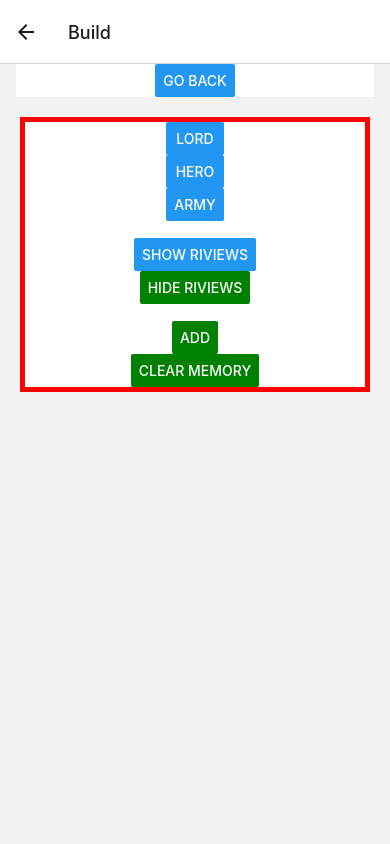
Repository: LingyuLiu11/mobile_app
Screen: /Build, after clicking the first element matching `div.r-paddingBottom-97e31f > button`
The author's editor kept a copy of each file at every save. The screen is drawn from the files as they stood at one save, then again after the next save.
The app was drawn by React Native's web renderer in a window 390 px wide. The project was rebuilt for these pictures with package versions that can differ from the ones it lists, and the page was loaded fresh each time. Also part of the build but not shown: components/Reviews.js.

Above is the screen before, as saved 2021-10-25 02:03:55.

### App.js
import * as React from 'react';
import { Image, TextInput, FlatList, StyleSheet, View, Button, Text, Animated } from 'react-native';
import { NavigationContainer } from '@react-navigation/native';

import { createStackNavigator } from '@react-navigation/stack';
import Reviews from './components/Reviews'
import AsyncStorage from '@react-native-async-storage/async-storage';
import Builds from './components/Builds'

const Separator = () => (
  <View style={styles.separator} />
);



function Main({ navigation }) {


  return (


    <div>
      <View style={styles.container}>
        <Text>Main screen</Text>
        <Separator />
        <Button
          margintop = '10'
          title="Go to Profile"
          onPress={() => navigation.navigate('Profile')}
        />
        <Separator />

      </View>
      <View style = {styles.container}>
        <Button
          margintop = '10'
          title="Go to About"
          onPress={() => navigation.navigate('About')}
        />
        <Separator />
      </View>
      <View style = {styles.container}>
        <Button
          margintop = '10'
          title="Go to Reviews"
          onPress={() => navigation.navigate('Review')}
        />
      </View>
       <Separator />

       <View style = {styles.container}>
        <Button
          margintop = '10'
          title="Make my build"
          onPress={() => navigation.navigate('Build')}
        />
      </View>
       <Separator />

    </div>
  );
}

function Profile({ navigation }) {

  const [text, setText] = React.useState("Your name");
  return (
    <div>
      <View style={{ flex: 1, justifyContent: 'center', alignItems: 'center' }}>
        <Text>Profile screen</Text>
        <Separator />
        <Button title="Go back" onPress={() => navigation.goBack()} />
      </View>


      <View style={{ flex: 1, justifyContent: 'center', alignItems: 'center' }}>
        <TextInput
          style={styles.input}
          placeholder="Your name"
          value={text}
          onChangeText={text => setText(text)}
        />
        <Text style={{padding: 10, fontSize: 42}}>
        Hello {text.split(' ').map((word) => word ).join(' ')}
        </Text>
      </View>

      <View style={{ flex: 1, justifyContent: 'center', alignItems: 'center', flexDirection: "row" }}>
        <View style={{ flex: 1, justifyContent: 'center', alignItems: 'center' }}>
          <Image
            style={{
              resizeMode: "cover",
              height: 100,
              width: 200
            }}
            source={"https://upload.wikimedia.org/wikipedia/en/2/27/Total_War_Warhammer_3_cover_art.jpg"}
          />
          <Text>Totalwar Warhammer 3!</Text>
          </View>
        <Separator />
        <View style={{ flex: 1, justifyContent: 'center', alignItems: 'center' }}>
          <Image
            style={{
              resizeMode: "cover",
              height: 100,
              width: 200
            }}
            source={"https://www.nme.com/wp-content/uploads/2021/09/Total-Warhammer-3-Grand-Cathay-Dragon.jpg"}
          />
        <Text>Grand Cathay</Text>
        </View>
        <View style={{ flex: 1, justifyContent: 'center', alignItems: 'center' }}>

        <Image
          style={{
            resizeMode: "cover",
            height: 100,
            width: 200
          }}
          source={"https://encrypted-tbn0.gstatic.com/images?q=tbn:ANd9GcSM9n6tQzcRE8CXMXP5GXIIgYIF3wXVMZy4JA&usqp=CAU"}
        />
        <Text>Kislev</Text>
        </View>

      </View>


    </div>
  );
}

function About({ navigation }) {
  return (
    <div>
      <View style={{ flex: 1, justifyContent: 'center', alignItems: 'center' }}>
        <Text>About screen</Text>
        <Separator />
        <FlatList
          data={[
            {key: 'Lingyu Liu'},
            {key: 'CS 153A'},
            {key: 'Assignment2'},

          ]}
          renderItem={({item}) => <Text style={styles.item}>{item.key}</Text>}
        />

      </View>

      <View style = {styles.container}>
          <Button title="Go back" onPress={() => navigation.goBack()} />
      </View>
    </div>
  );
}

function Review({ navigation }) {
  return (
    <div>
      <View style = {styles.container}>
          <Button title="Go back" onPress={() => navigation.goBack()} />
      </View>
      <Reviews />
    </div>

  );
}

function Build({ navigation }) {
  return (
    <div>
      <View style = {styles.container}>
          <Button title="Go back" onPress={() => navigation.goBack()} />
      </View>
      <Builds />
    </div>

  );
}



const forFade = ({ current, next }) => {
  const opacity = Animated.add(
    current.progress,
    next ? next.progress : 0
  ).interpolate({
    inputRange: [0, 1, 2],
    outputRange: [0, 1, 0],
  });

  return {
    leftButtonStyle: { opacity },
    rightButtonStyle: { opacity },
    titleStyle: { opacity },
    backgroundStyle: { opacity },
  };
};

const Stack = createStackNavigator();

function MyStack() {
  return (
    <Stack.Navigator>
      <Stack.Screen
        name="Main"
        component={Main}
        options={{
          headerTintColor: 'white',
          headerStyle: { backgroundColor: 'tomato' },
        }}
      />
      <Stack.Screen
        name="Profile"
        component={Profile}
        options={{ headerStyleInterpolator: forFade }}
      />
      <Stack.Screen
        name="About"
        component={About}
        options={{ headerStyleInterpolator: forFade }}
      />
      <Stack.Screen
        name="Review"
        component={Review}
        options={{ headerStyleInterpolator: forFade }}
      />
      <Stack.Screen
        name="Build"
        component={Build}
        options={{ headerStyleInterpolator: forFade }}
      />


    </Stack.Navigator>
  );
}



export default function App() {
  return (
    <NavigationContainer>
      <MyStack />
    </NavigationContainer>
  );
}

const styles = StyleSheet.create({
  container: {
    flex: 1,
    justifyContent: 'center',
    alignItems: 'center',
    backgroundColor: '#fff',
    alignItems: 'center',
    justifyContent: 'center',
    marginHorizontal: 16,
  },
  separator: {
    marginVertical: 8,
    borderBottomColor: '#737373',
    borderBottomWidth: StyleSheet.hairlineWidth,
  },
  item: {
    padding: 10,
    fontSize: 18,
    height: 44,
  },
  input: {
    height: 40,
    margin: 12,
    borderWidth: 1,
    padding: 10,
  },
});

### components/Builds.js
import React, { useState, useEffect } from "react";
import { Image, TextInput, FlatList, StyleSheet, View, Button, Text, Animated, SafeAreaView, StatusBar } from 'react-native';
import AsyncStorage from '@react-native-async-storage/async-storage';

const Separator = () => (
    <View style={styles.separator} />
  );

const Builds = () => {
    const [builds, setBuilds] = useState([]);
    const [debugging,setDebugging] = useState(false)
    const [curr,setCurr] = useState('')
    const [currlooking,setCurrlooking] = useState(false)

    useEffect(() => {getData()}, []);

    let debugView = "";
  if (debugging) {
    debugView =
      <View>
          {builds.map((build) =>
          <View><Text style ={{color:'red'}}>{build}</Text></View>
        )}
        <Separator />
      </View>

  }

  let currView = "";
  if (currlooking) {
    currView =
      <View>

          <Text style ={{color:'blue'}}>{curr}</Text>

        <Separator />
      </View>
}



    const storeData = async (value) => {
        try {
          const jsonValue = JSON.stringify(value)
          await AsyncStorage.setItem('@reviews', jsonValue)
          console.log('just stored '+jsonValue)
        } catch (e) {
          console.dir(e)
        }
    }

    const getData = async() => {
      try {
        const jsonValue = await AsyncStorage.getItem('@reviews')
        let data = null
        if (jsonValue != null) {
          data = JSON.parse(jsonValue)
          setBuilds(data);
          setCurr('');
        } else {
          setBuilds([]);
          setCurr('')

        }
      } catch (e) {
        console.dir(e)
      }

    }



    const clearAll = async () => {
        try {
          console.log('in clearData')
          await AsyncStorage.clear()
        } catch(e) {
          console.log("error in clearData ")
          console.dir(e)
          // clear error
        }
  }


    const DATA = [
        {
          id: 'bd7acbea-c1b1-46c2-aed5-3ad53abb28ba',
          title: 'Lord',
        },
        {
          id: '3ac68afc-c605-48d3-a4f8-fbd91aa97f63',
          title: 'Hero',
        },
        {
          id: '58694a0f-3da1-471f-bd96-145571e29d72',
          title: 'Army',
        },
      ];

      const Item = ({ title }) => {
        return (
          <View style={styles.item}>
            <Button style={styles.title} title={title }
                onPress={()=> {
                    const newCurr = curr.concat(title + ' ');
                    setCurr(newCurr);
                    storeData(newCurr);
                  }}

            />
          </View>
        );
      }

        const renderItem = ({ item }) => (
          <Item title={item.title} />
        )
      return (
        <SafeAreaView style={styles.container}>
          <FlatList
            data={DATA}
            renderItem={renderItem}
            keyExtractor={item => item.id}
          />
          <Separator />
          <Button
                  title={(currlooking?'hide':'show')+" Riviews" }
                  color=""
                  onPress = {() => setDebugging(!debugging)}
                  />
          <currView/>
      <Button
                  title={(debugging?'hide':'show')+" Riviews" }
                  color="green"
                  onPress = {() => setDebugging(!debugging)}
                  />
                  {debugView}

                  <Button
          color="green"
          title="Add"
          onPress={()=> {
            const newBuilds = builds.concat(curr);
            setBuilds(newBuilds);
            storeData(newBuilds);
            setCurr('');
          }}/>
          <Button
                  color='green' title='Clear memory'
                  onPress = {() => {
                        console.log('clearing memory');
                        clearAll()
                      }}
                />
        </SafeAreaView>


      );
}

const styles = StyleSheet.create({
    container: {
        flex: 1,
        flexDirection:'column',
        backgroundColor: '#fff',
        alignItems: 'center',
        justifyContent: 'center',
        border: "thick solid red",
        margin:"20px",
        padding:"20px",
      },
      separator: {
      marginVertical: 8,
      borderBottomColor: '#737373',
      borderBottomWidth: StyleSheet.hairlineWidth,
    },
  });

export default Builds;

After the next save:
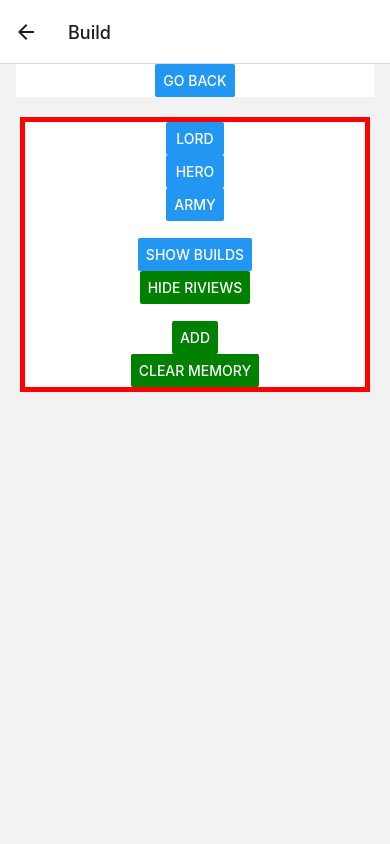
Saved 18 s later.
--- a/components/Builds.js
+++ b/components/Builds.js
@@ -124,7 +124,7 @@ const Builds = () => {
           />
           <Separator />
           <Button
-                  title={(currlooking?'hide':'show')+" Riviews" }
+                  title={(currlooking?'hide':'show')+" Builds" }
                   color=""
                   onPress = {() => setDebugging(!debugging)}
                   />
